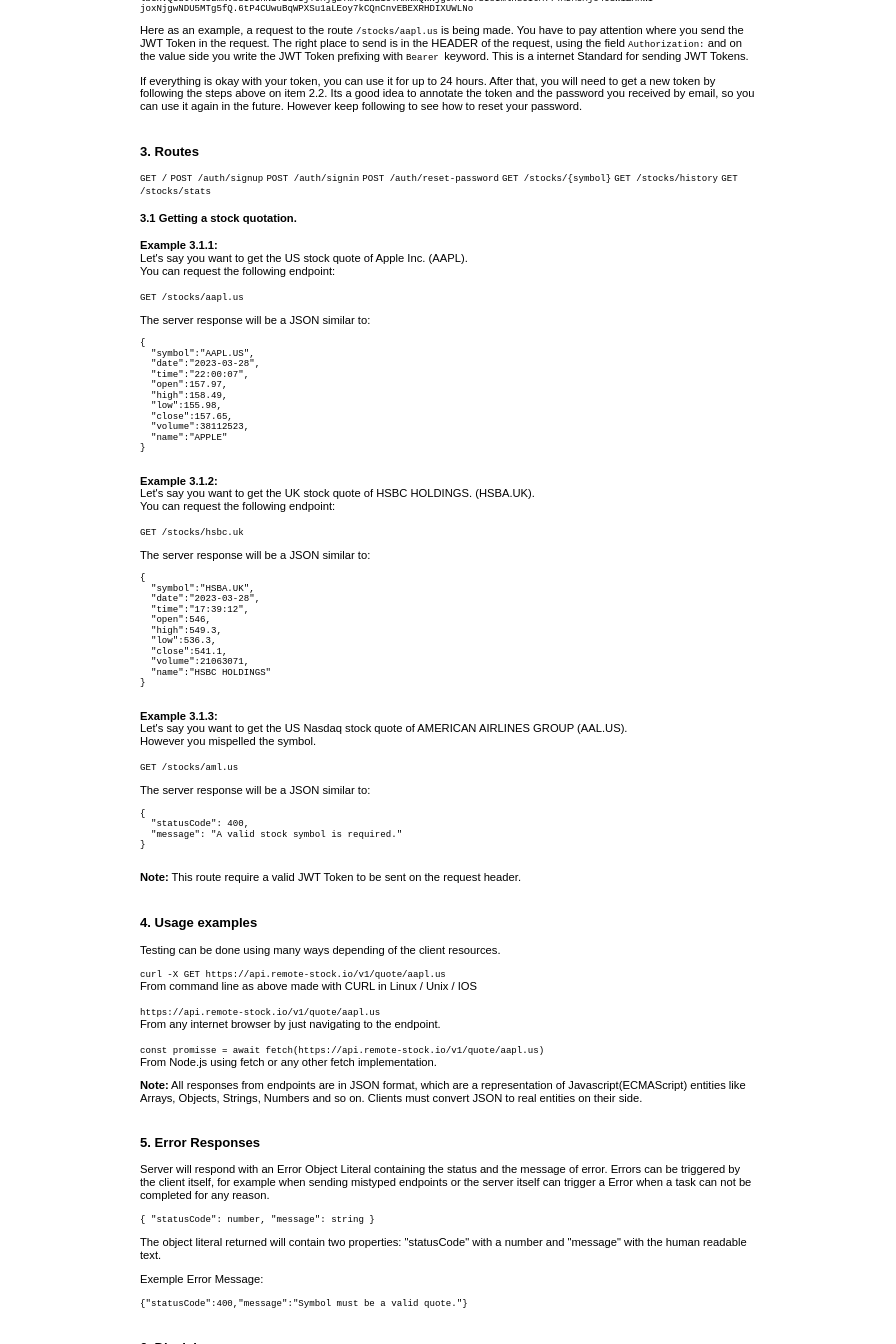
Repository: miguelamello/nest-js
Page: stock-service/documentation.html
These files come from the project's save history. The page is drawn as it stood at one moment and after the next save; the edit follows.
The browser window is 1280 px wide. The pictures show the part of the page from y = 1383 to 3303 px (the page is 3472 px tall before and 3562 px after), at 70% of full size.

Above is the page before, as saved 2023-04-02 21:02:33.

### stock-service/documentation.html
<!DOCTYPE html>
<html lang="en">
<head>
  <meta charset="UTF-8">
  <meta http-equiv="X-UA-Compatible" content="IE=edge">
  <meta name="viewport" content="width=device-width, initial-scale=1.0">
  <title>STOCK QUOTE MICROSERVICE</title>
  <style>
    body {
      font-family: Arial, Helvetica, sans-serif;
      padding: 3% 15%;
    }
    h3 {
      margin-top: 5%;
    }
    pre {
      margin: 0;
      overflow: auto;
    }
  </style>
</head>
<body>
  <h2>STOCK QUOTE MICROSERVICE DOCUMENTATION</h2>
  <p>
    This microservice aims to facilitate the acquisition of stock exchange quotes from various
    companies in US and UK. Please follow the documentation to get a complete understanding
    of how the service works.
  </p>

  <h3>1. Entrypoint</h3>
  <code>https://api.stock-quote.io/v1</code>
  <p>
    All routes starts from the entrypoint above. Accessing this entrypoint will
    retrieve the STOCK QUOTE MICROSERVICE DOCUMENTATION in a friendly presentation,
    as easy to read as this page can be.
  </p>

  <p>If you want for a more detailed documentation, you should navigate to the
    STOCK QUOTE MICROSERVICE SPECIFICATION where you will find more technical
    explanations about the service.
  </p>

  <pre>
GET /spec HTTP/1.1
Host: https://api.stock-quote.io/v1
  </pre>

  <h3>2. Authentication</h3>
  <p>A JSON Web Token (JWT) Authentication is required for some routes on the microservice.
    Below is listed the steps that must be followed to get a valid JWT Token. The token is
    a string similar to the following:
  </p>

  <code>eyJhbGciOiJIUzI1NiIsInR5cCI6IkpXVCJ9.eyJ1c2VybmFtZSI6Im1pZ3VlbGFuZ2Vsb21
    lbGxvQGdtYWlsLmNvbSIsInN1YiI6IjY0Mjg2YmY0ZWE1OTAxNmQwNjg0MTJiYSIsImlhdCI6MTY4MDM3Mjc4OSwiZ
    XhwIjoxNjgwNDU5MTg5fQ.6tP4CUwuBqWPXSu1aLEoy7kCQnCnvEBEXRHDIXUWLNo</code>
  <p>

    <br><div><b>2.1 Signup to the service</b></div><br>

    <pre>
POST /auth/signup HTTP/1.1
Host: https://api.stock-quote.io/v1
Content-Type: application/x-www-form-urlencoded
Content-Length: 35

email=yourname@example.com
    </pre>

    <div>You must send a POST request to <code>/auth/signup</code> with POST BODY containing a valid email.
      You will receive a email with a link to confirm your email address. After the email confirmation,
      another email with your Username and Password will be sent to you. You should use this login
      information to get your JWT Token. Keep following.</div>
    </div>
  </p>

  <p>
    <br><div><b>2.2 Signin to the service</b></div><br>

    <pre>
POST /auth/signin HTTP/1.1
Host: https://api.stock-quote.io/v1
Content-Type: application/x-www-form-urlencoded
Content-Length: 77

email=yourname@example.com&
password=e49015be5ba9752ab634b5649045bc56
    </pre>

    <div>You must send a POST request to <code>/auth/signin</code> with POST BODY containing the
      confirmed email and the password you received by email. If login is valid you will
      receive a response with the JWT Token that you must use to access all the available
      routes on the microservice. The Route response will be a JWT Token similar to bellow.
    </div><br>

    <pre>
{
  "access_token": "eyJhbGciOiJIUzI1NiIsInR5cCI6IkpXVCJ9.eyJ1c2VybmFtZSI6Im1pZ3VlbGFuZ2Vsb21
  lbGxvQGdtYWlsLmNvbSIsInN1YiI6IjY0Mjg2YmY0ZWE1OTAxNmQwNjg0MTJiYSIsImlhdCI6MTY4MDM3Mjc4OSwiZ
  XhwIjoxNjgwNDU5MTg5fQ.6tP4CUwuBqWPXSu1aLEoy7kCQnCnvEBEXRHDIXUWLNo"
}
    </pre>

    <div>Note: You must annotate this token somewhere, since a JWT Token can not be generated
      again with the same hash. If you lose your token, you will have to repeat the steps above
      on item 2.2 to get a new token.
    </div><br>

  </p>

  <p>
    <div><b>2.3 Use the JWT Token to access the routes</b></div><br>

    <pre>
GET /stocks/aapl.us HTTP/1.1
Host: https://api.stock-quote.io/v1
Authorization: Bearer eyJhbGciOiJIUzI1NiIsInR5cCI6IkpXVCJ9.eyJ1c2VybmFtZSI6Im1pZ3VlbGFuZ2Vsb21
lbGxvQGdtYWlsLmNvbSIsInN1YiI6IjY0Mjg2YmY0ZWE1OTAxNmQwNjg0MTJiYSIsImlhdCI6MTY4MDM3Mjc4OSwiZXhwI
joxNjgwNDU5MTg5fQ.6tP4CUwuBqWPXSu1aLEoy7kCQnCnvEBEXRHDIXUWLNo
    </pre>

    <div>Here as an example, a request to the route <code>/stocks/aapl.us</code> is being made.
      You have to pay attention where you send the JWT Token in the request. The right place to
      send is in the HEADER of the request, using the field <code>Authorization:</code> and on the
      value side you write the JWT Token prefixing with <code>Bearer </code> keyword. This is a internet
      Standard for sending JWT Tokens.
    </div><br>

    <div>
      If everything is okay with your token, you can use it for up to 24 hours. After that, you will
      need to get a new token by following the steps above on item 2.2. Its a good idea to annotate
      the token and the password you received by email, so you can use it again in the future. However
      keep following to see how to reset your password.
    </div>
  </p>

  <h3>3. Routes</h3>

  <code>GET /</code>
  <code>POST /auth/signup</code>
  <code>POST /auth/signin</code>
  <code>POST /auth/reset-password</code>
  <code>GET /stocks/{symbol}</code>
  <code>GET /stocks/history</code>
  <code>GET /stocks/stats</code>

  <h4>3.1 Getting a stock quotation.</h4>

  <p>
    <div><b>Example 3.1.1:</b></div>
    <div>Let's say you want to get the US stock quote of Apple Inc. (AAPL).</div>
    <div>You can request the following endpoint:</div><br>
    <code>GET /stocks/aapl.us</code>

    <p>The server response will be a JSON similar to:</p>

    <pre>
{
  "symbol":"AAPL.US",
  "date":"2023-03-28",
  "time":"22:00:07",
  "open":157.97,
  "high":158.49,
  "low":155.98,
  "close":157.65,
  "volume":38112523,
  "name":"APPLE"
}
    </pre>
  </p>
  <p>
    <div><b>Example 3.1.2:</b></div>
    <div>Let's say you want to get the UK stock quote of HSBC HOLDINGS. (HSBA.UK).</div>
    <div>You can request the following endpoint:</div><br>
    <code>GET /stocks/hsbc.uk</code>

    <p>The server response will be a JSON similar to:</p>

    <pre>
{
  "symbol":"HSBA.UK",
  "date":"2023-03-28",
  "time":"17:39:12",
  "open":546,
  "high":549.3,
  "low":536.3,
  "close":541.1,
  "volume":21063071,
  "name":"HSBC HOLDINGS"
}
    </pre>
  </p>

  <p>
    <div><b>Example 3.1.3:</b></div>
    <div>Let's say you want to get the US Nasdaq stock quote of AMERICAN AIRLINES GROUP (AAL.US).</div>
    <div>However you mispelled the symbol.</div><br>
    <code>GET /stocks/aml.us</code>

    <p>The server response will be a JSON similar to:</p>

    <pre>
{
  "statusCode": 400,
  "message": "A valid stock symbol is required."
}
    </pre>

    <p>
      <b>Note:</b> This route require a valid JWT Token to be sent on the request header.
    </p>
  </p>

  <h3>4. Usage examples</h3>

  <p>Testing can be done using many ways depending of the client resources.</p>

  <code>curl -X GET https://api.remote-stock.io/v1/quote/aapl.us</code>
  <div>From command line as above made with CURL in Linux / Unix / IOS</div>
  <br>
  <code>https://api.remote-stock.io/v1/quote/aapl.us</code>
  <div>From any internet browser by just navigating to the endpoint.</div>
  <br>
  <code>const promisse = await fetch(https://api.remote-stock.io/v1/quote/aapl.us)</code>
  <div>From Node.js using fetch or any other fetch implementation.</div>

  <p>
    <b>Note:</b> All responses from endpoints are in JSON format, which are a
    representation of Javascript(ECMAScript) entities like Arrays, Objects,
    Strings, Numbers and so on. Clients must convert JSON to real entities
    on their side.
  </p>

  <h3>5. Error Responses</h3>

  <p>
    Server will respond with an Error Object Literal containing
    the status and the message of error. Errors can be triggered
    by the client itself, for example when sending mistyped endpoints
    or the server itself can trigger a Error when a
    task can not be completed for any reason.
  </p>

  <p>
    <code>{ "statusCode": number, "message": string }</code><br>
    <div>
      The object literal returned will contain two properties:
      "statusCode" with a number and "message" with the human readable text.
    </div>
  </p>

  <p>Exemple Error Message:</p>
  <p>
    <code>
      {"statusCode":400,"message":"Symbol must be a valid quote."}
    </code>
  </p>

  <h3>6. Disclaimer</h3>
  <p>
    This microservice should be used strictly as proposed in this documentation.
    Any usage that is not in accordance with the documentation may result in harmful
    consequences to the user. The authors of this service are not responsible for
    any misuse of the proposed microservice and its consequences. If you have any question,
    suggestion, information regarding the use of this service, please contact
    the authors at <b>developers@remote-stock.io</b>
  </p>

</body>
</html>

After the next save:
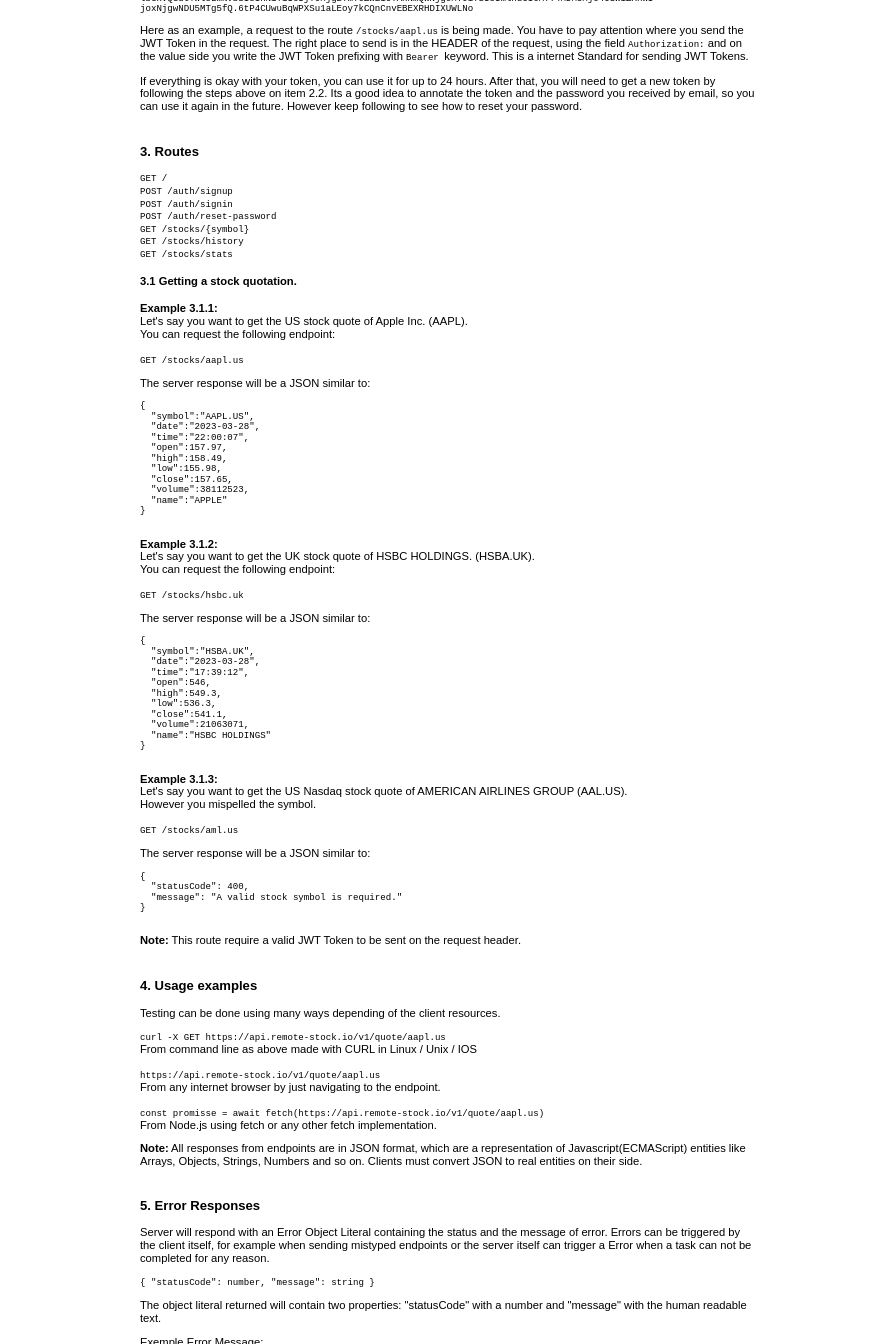
Saved 24 s later.
--- a/stock-service/documentation.html
+++ b/stock-service/documentation.html
@@ -136,13 +136,13 @@ joxNjgwNDU5MTg5fQ.6tP4CUwuBqWPXSu1aLEoy7kCQnCnvEBEXRHDIXUWLNo
 
   <h3>3. Routes</h3>
 
-  <code>GET /</code>
-  <code>POST /auth/signup</code>
-  <code>POST /auth/signin</code>
-  <code>POST /auth/reset-password</code>
-  <code>GET /stocks/{symbol}</code>
-  <code>GET /stocks/history</code>
-  <code>GET /stocks/stats</code>
+  <code>GET /</code><br>
+  <code>POST /auth/signup</code><br>
+  <code>POST /auth/signin</code><br>
+  <code>POST /auth/reset-password</code><br>
+  <code>GET /stocks/{symbol}</code><br>
+  <code>GET /stocks/history</code><br>
+  <code>GET /stocks/stats</code><br>
 
   <h4>3.1 Getting a stock quotation.</h4>
 
